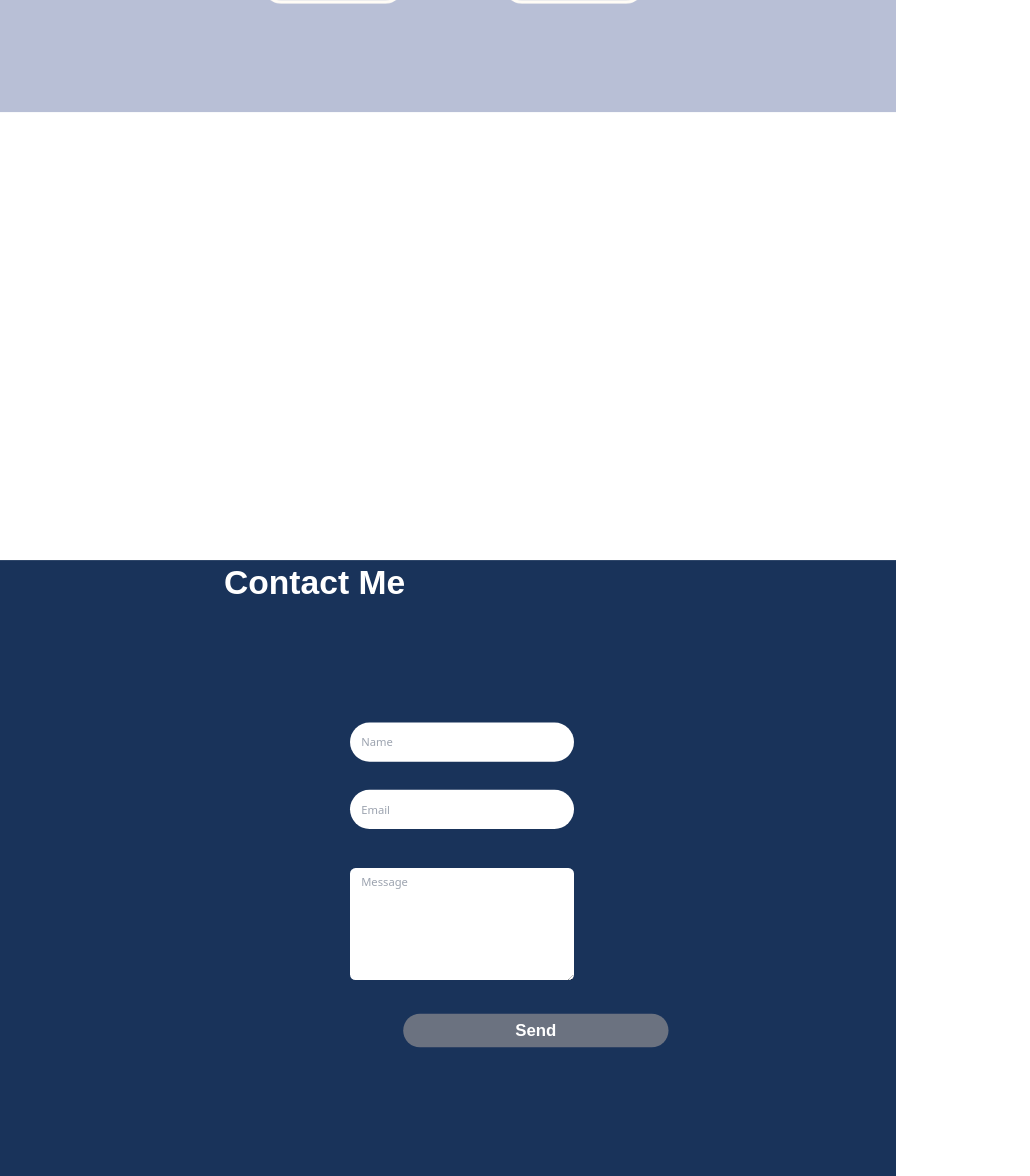
Repository: MEROO1010/my_portfolio
Page: /
An editor plug-in stored every save of this project. The page is shown before and after the next save, followed by the edit.
The browser window is 1280 px wide. The page is 1472 px wide, so the pictures cover 1472 px, including what lies to the right of the window. The pictures show the part of the page from y = 3203 to 4883 px (the page is 4883 px tall), at 70% of full size.
The project was rebuilt for these pictures with package versions that can differ from the ones it lists, and the page was loaded fresh each time. The framework's server and built-in components were replaced by stand-ins that run in the browser. Also part of the build but not shown: next.config.js.

Above is the page before, as saved 2023-10-03 12:30:53.

### pages/_app.tsx
import '../styles/globals.css'
import type { AppProps } from 'next/app'
import 'tailwindcss/tailwind.css'


function MyApp({ Component, pageProps }: AppProps) {
  return <Component {...pageProps} />
}

export default MyApp

### pages/index.tsx
import type { NextPage } from 'next'
import AboutMe from './components/AboutMe'
import ContactMe from './components/ContactMe'
import Experience from './components/Experience'
import HomePage from './components/HomePage'
import Services from './components/Services'

const Home: NextPage = () => {
  return (
    <div>

      <HomePage/>
      <AboutMe/>
      <Experience/>
      <Services/>
      <ContactMe/>
    </div>
  )
}

export default Home

### styles/globals.css
@tailwind base;
@tailwind components;
@tailwind utilities;
@import url('https://fonts.googleapis.com/css2?family=Raleway:ital,wght@0,400;0,500;0,600;0,700;1,500;1,600&display=swap')

### pages/components/AboutMe.tsx
import React from 'react'
import Image from 'next/image'


const AboutMe = () => {
  return (
    <div >


        <div className="  static my-80 py-80  top-20    ">
        <Image src="/assets/images/bg2.png" alt="laptop" width={1920} height={5200}/>
        </div>



        <div className=" text-[#FFFCF6] relative right-20 bottom-60     ">
            <div className=" absolute  mx-60 my-80 py-80 bottom-80  left-24
 ">
            <h1 className="  font-raleway font-bold  text-[50px]">About me</h1>
            <br/>
            </div>

            <div className="absolute  mx-24 py-80 bottom-32 left-24 ">
            <p className='font-raleway  font-medium   text-[50px]'>
            My name is Marwah Alsaggaf,<br/> and I'm software-developer <br/>
            and graphic designer. I <br/>
            graduated from Arab open <br/> university with a major in
             <br/> Information Technology and Computing
            </p>
            </div>
        </div>

    </div>
  )
}

export default AboutMe

### pages/components/ContactMe.tsx
import React from 'react';
import Form from './Form'

const ContactMe =() =>{


  return (
    <div className="relative bottom-0 h-screen">
  <div className="relative py-80 bg-[#19335A]">
    <div className="h-60">
      <h1 className="absolute py-2 px-60 mx-20 top-0 left-0 right-0 font-raleway font-bold text-5xl text-white">
        Contact Me
      </h1>
      <Form />
    </div>
  </div>
</div>
  );
  }

export default ContactMe;

### pages/components/Experience.tsx
import React from "react";
import Image from "next/image";
import { motion } from "framer-motion";
import 'animate.css';


const Experience = () => {
  return (
    <div className="relative   bottom-80">
      <div className="relative  bottom-80      " >
      <div className="bg-[#19335A] static py-12">
        <div className="absolute px-60 py-20 mx-80 left-24  ">
          <h1 className="text-[#FFFCF6] text-[46px]  font-raleway font-bold ">
            Experience
          </h1>
        </div>
        <motion.div
      className="box"
      whileHover={{ scale: 1.1 }}
      transition={{ type: "spring", stiffness: 400, damping: 10 }}
      initial={{ opacity: 0, scale: 0.5 }}
      animate={{ opacity: 1, scale: 1 }}

    >
        <div >
          <Image
            className="relative mx-4 left-24 top-60 "
            src="/assets/images/programming-languges.png" alt={""}
            width={542}
            height={542}
            />
        </div>
        </motion.div>
        <div className="relative mx-60 left-80 bottom-80 ">
        <motion.div
      className="box"
      whileHover={{ scale: 1.1 }}
      transition={{ type: "spring", stiffness: 400, damping: 10 }}
      initial={{ opacity: 0, scale: 0.5 }}
      animate={{ opacity: 1, scale: 1 }}
    >
          <Image
            className="relative mx-60  left-8 top-11 "
            src="/assets/images/software.png"
            alt="laptop"
            width={542}
            height={542}
          />
        </motion.div>
        </div>


      </div>
    </div>
    </div>
  );
};

export default Experience;

### pages/components/HomePage.tsx
import React from 'react'
import Image from 'next/image'


const HomePage = () => {
  return (
    <div className='bg-slate-700'>
        <Image src="/header.png" alt="Header" width={2000} height={0}/>

        <div className='mx-16 py-1  top-1  absolute	  '>
        <Image src="/my_logo_white.png" alt="My Logo" width={50} height={0}/>
        </div>

        <div>
          <ul className=' relative   float-right flex flex-col  px-12 mx-40 py-1 right-28   bottom-14   space-x-16 md:flex-row text-[#FFFCF6] text-[24px] font-raleway'>
            <li>Home</li>
            <li>About Me</li>
            <li>Skills</li>
            <li>My Work</li>
            <li>Contact Me</li>
          </ul>
        </div>


       <div className=' absolute   '>
       <Image src="/assets/images/MainPage.png" alt="main image" width={1920} height={912}/>
        {/*add About Me button*/}
       <div className='absolute px-10 my-80 mx-60 left-80 top-32 '>
       <button className='bg-[#19335A] rounded-3xl w-60 h-10  text-[20px] text-[#B8BFD6] font-raleway font-semibold shadow-xl' >About me</button>
       </div>

        {/*add my others accounts list*/}

        <div>
          <ul className=' absolute   float-right flex flex-col top-80 py-60 px-40 mx-80 right-40   space-x-8 md:flex-row '>
            <li><a href='https://github.com/MEROO1010'><Image src="/assets/images/github.png" alt="main image" width={54} height={54}/></a></li>
            <li><a href='https://www.instagram.com/meroo_alsaggaf/'><Image src="/assets/images/instagram.png" alt="main image" width={64} height={53}/></a></li>
            <li><a href='https://www.behance.net/merooalsaggaf'><Image src="/assets/images/behance.png" alt="main image" width={54} height={54}/></a></li>
            <li><a href='https://www.linkedin.com/in/marwah-alsaggaf-ba44011b2/'><Image src="/assets/images/linkedIn.png" alt="main image" width={54} height={54}/></a></li>
          </ul>
        </div>
       </div>






    </div>
  )
}

export default HomePage

### pages/components/Services.tsx
import React from 'react'
import Square from './Square'

const Services = () => {
  return (
    <div className="relative  bottom-80">
      <div className="relative py-80 bottom-80 bg-[#B8BFD6]">
        <div className="h-40">
          {" "}
          {/* Change h-40 to h-auto */}
          <div>
            <h1 className="relative  px-80 bottom-80 left-60 mx-40 my-20  font-raleway font-bold text-4xl text-[#FFFCF6]">
              Service
            </h1>
          </div>
          <Square />
        </div>
      </div>
    </div>
  );
}

export default Services

### pages/components/Form.tsx
import React, { useState } from 'react';

const Form = () => {
  const [formData, setFormData] = useState({
    name: '',
    email: '',
    message: ''
  });

  const handleSubmit = async (e: { preventDefault: () => void; }) => {
    e.preventDefault();

    try {
      const response = await fetch('/api/contact', {
        method: 'POST',
        headers: {
          'Content-Type': 'application/json'
        },
        body: JSON.stringify(formData)
      });

      if (response.ok) {
        alert('Message sent successfully!');
        setFormData({ name: '', email: '', message: '' });
      } else {
        alert('Error sending message');
      }
    } catch (error) {
      console.error('Error:', error);
      alert('Error sending message');
    }
  };

  const handleChange = (e: { target: { name: any; value: any; }; }) => {
    const { name, value } = e.target;
    setFormData((prevData) => ({
      ...prevData,
      [name]: value
    }));
  };

  return (
    <div className="text-center">
      <form onSubmit={handleSubmit}>
        <input
          type="text"
          name="name"
          placeholder="Name"
          value={formData.name}
          onChange={handleChange}
          className="relative px-4 py-2 mx-4 my-2  left-5 bottom-24 rounded-full h-14 w-80"
        /><br/><br/>
        <input
          type="text"
          name="email"
          placeholder="Email"
          value={formData.email}
          onChange={handleChange}
          className="relative px-4 py-2 mx-4 my-2 left-5 bottom-24 rounded-full h-14 w-80"
        /><br/>
        <textarea
          name="message"
          placeholder="Message"
          value={formData.message}
          onChange={handleChange}
          className="relative px-4 py-2 mx-14 my-20 left-5 bottom-32 rounded-lg h-40 w-80"
        ></textarea>
        <button
          type="submit"
          className="absolute bottom-54 left-64 px-40 py-2 mx-80 my-40 font-raleway text-2xl font-semibold text-white bg-gray-500 w-120 h-12 rounded-full"
        >
          Send
        </button>
      </form>
    </div>
  );
};

export default Form;

### pages/components/Square.tsx
import React from 'react'
import Image from 'next/image'
import { motion } from "framer-motion";


const Square = () => {
  return (
    <div className="flex justify-center items-center h-screen relative  left-48 bottom-40">
    <div className="grid grid-cols-3 gap-20">

        <div className="relative right-40 bottom-60 ">
            <Image src="/assets/images/logodesign.png" alt="Logo Design" width={200} height={200} />
        </div>

        <div className="relative  right-40 bottom-60">
            <Image src="/assets/images/programming.png" alt="Programming" width={240} height={200} />
        </div>

        <div className="relative right-40 bottom-60">
            <Image src="/assets/images/uiux.png" alt="UI/UX Design" width={200} height={200} />
        </div>

        <div className="relative right-4 bottom-60">
            <Image src="/assets/images/webdesign.png" alt="Web Design" width={200} height={200} />
        </div>

        <div className="relative left-2 bottom-60">
            <Image src="/assets/images/videoediting.png" alt="Video Editing" width={200} height={200} />
        </div>
    </div>
</div>

  )
}

export default Square

### tailwind.config.js
/** @type {import('tailwindcss').Config} */
module.exports = {
   purge: ['./pages/**/*.{js,ts,jsx,tsx}', './components/**/*.{js,ts,jsx,tsx}'],
  content: [
    './pages/**/*.{js,ts,jsx,tsx}',
    './components/**/*.{js,ts,jsx,tsx}',
    './app/**/*.{js,ts,jsx,tsx}',
  ],
  theme: {
    extend:
    {
      fontFamily: {
        'raleway': ['Raleway', 'sans-serif']
      },
    },
  },
  plugins: [],
}

After the next save:
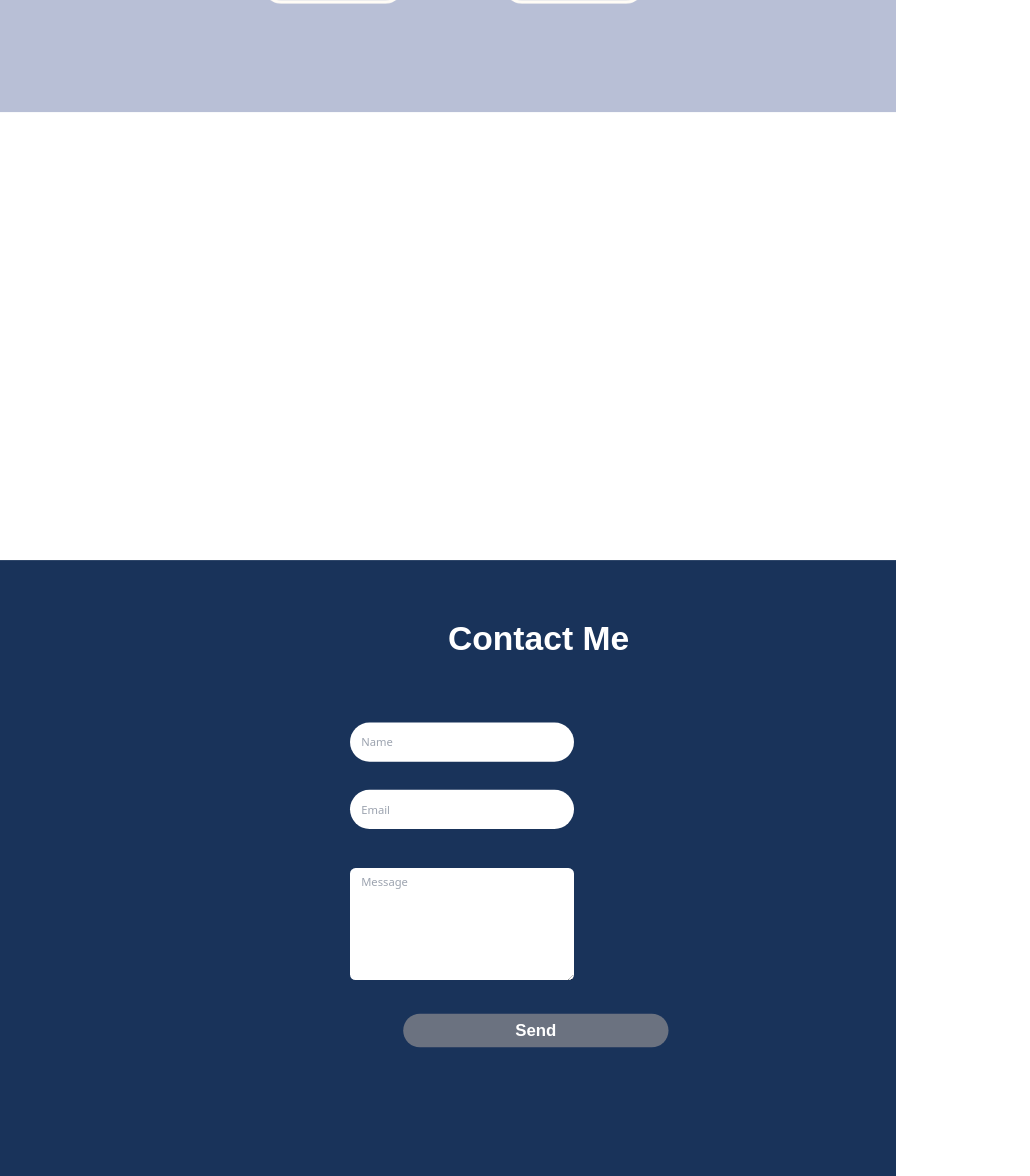
Saved 21 s later.
--- a/pages/components/ContactMe.tsx
+++ b/pages/components/ContactMe.tsx
@@ -6,15 +6,15 @@ const ContactMe =() =>{
 
   return (
     <div className="relative bottom-0 h-screen">
-  <div className="relative py-80 bg-[#19335A]">
-    <div className="h-60">
-      <h1 className="absolute py-2 px-60 mx-20 top-0 left-0 right-0 font-raleway font-bold text-5xl text-white">
-        Contact Me
-      </h1>
-      <Form />
+    <div className="relative py-80 bg-[#19335A]">
+      <div className="h-60">
+        <h1 className="absolute py-2 px-60 mx-20 top-20 left-80 font-raleway font-bold text-5xl text-white">
+          Contact Me
+        </h1>
+        <Form />
+      </div>
     </div>
   </div>
-</div>
   );
   }
 
